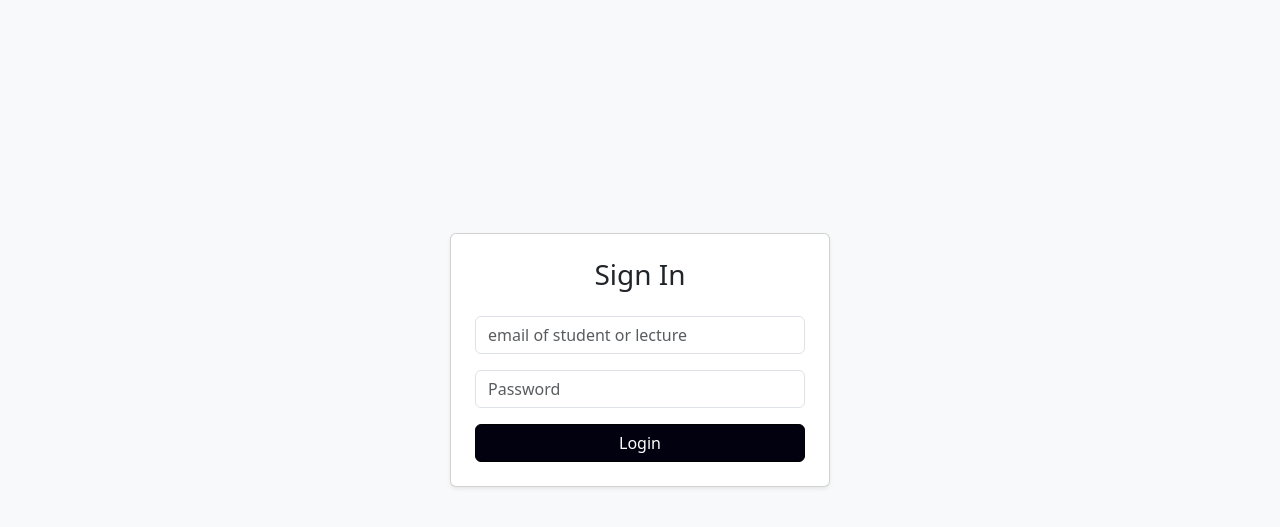
Repository: duyndhe195099/fer202_lab5_6_he195099
Page: /
The author's editor kept a copy of each file at every save. The page is drawn from the files as they stood at one save, then again after the next save.
The browser window is 1280 px wide. The pictures show the whole page.
The project was rebuilt for these pictures with package versions that can differ from the ones it lists, and the page was loaded fresh each time. Also part of the build but not shown: src/components/ProtectedRoute.js, src/pages/Subjects.js, src/components/QuestionModal.js, src/pages/Questions.js.

Above is the page before, as saved 2026-11-06 11:05:15.

### public/index.html
<!DOCTYPE html>
<html lang="en">

<head>
  <meta charset="utf-8" />
  <link rel="icon" href="%PUBLIC_URL%/favicon.ico" />
  <meta name="viewport" content="width=device-width, initial-scale=1" />
  <meta name="theme-color" content="#000000" />
  <meta name="description" content="Web site created using create-react-app" />
  <link rel="apple-touch-icon" href="%PUBLIC_URL%/logo192.png" />
  <link rel="manifest" href="%PUBLIC_URL%/manifest.json" />
  <title>Practical Exam</title>
</head>

<body>
  <noscript>You need to enable JavaScript to run this app.</noscript>
  <div id="root"></div>
</body>

</html>

### src/index.js
import React from 'react';
import ReactDOM from 'react-dom/client';
import { BrowserRouter } from 'react-router-dom';
import 'bootstrap/dist/css/bootstrap.min.css';
import App from './App';

const root = ReactDOM.createRoot(document.getElementById('root'));
root.render(
  <React.StrictMode>
    {/* BrowserRouter bọc ngoài App để mọi component dùng được Routes, Link, useNavigate... */}
    <BrowserRouter future={{ v7_startTransition: true, v7_relativeSplatPath: true }}>
      <App />
    </BrowserRouter>
  </React.StrictMode>
);

### src/App.js
import { Navigate, Route, Routes, useParams } from 'react-router-dom';
import ProtectedRoute from './components/ProtectedRoute';
import Login from './pages/Login';
import Subjects from './pages/Subjects';
import Questions from './pages/Questions';

// Ảnh minh họa trong đề dùng URL /question/CSD201 (không có chữ s),
// còn phần mô tả dùng /questions/:id -> hỗ trợ cả hai, đều chuyển về /questions/:id.
function QuestionAlias() {
  const { id } = useParams();
  return <Navigate to={`/questions/${id}`} replace />;
}

function App() {
  return (
    <Routes>
      {/* Đề: đường dẫn gốc (/) tự chuyển về /login */}
      <Route path="/" element={<Navigate to="/login" replace />} />
      <Route path="/login" element={<Login />} />

      {/* Các trang bên dưới phải đăng nhập mới vào được */}
      <Route element={<ProtectedRoute />}>
        <Route path="/subjects" element={<Subjects />} />
        <Route path="/questions/:id" element={<Questions />} />
        <Route path="/question/:id" element={<QuestionAlias />} />
      </Route>

      {/* Đề: mọi đường dẫn không hợp lệ (*) tự chuyển về /login */}
      <Route path="*" element={<Navigate to="/login" replace />} />
    </Routes>
  );
}

export default App;

### src/pages/Login.js
import { useState } from 'react';
import { Button, Card, Form } from 'react-bootstrap';
import { useNavigate } from 'react-router-dom';
import api, { getErrorMessage } from '../api';
import { saveSession } from '../auth';

export default function Login() {
  const navigate = useNavigate();
  const [email, setEmail] = useState('');
  const [password, setPassword] = useState('');
  const [error, setError] = useState('');
  const [loading, setLoading] = useState(false);

  const handleSubmit = async (e) => {
    e.preventDefault(); //
    setError('');

    if (!email.trim() || !password) {
      setError('Vui lòng nhập email và mật khẩu');
      return;
    }

    setLoading(true);
    try {

      const { data } = await api.get('/accounts', { params: { email: email.trim() } });
      const account = data.find((a) => a.password === password);

      if (!account) {
        setError('Email hoặc mật khẩu không đúng');
        return;
      }


      if (String(account.status).toLowerCase() === 'inactive') {
        setError('Tài khoản đã bị khóa');
        return;
      }


      saveSession({
        id: account.id,
        email: account.email,
        role: account.role,
        status: account.status,
      });
      navigate('/subjects', { replace: true });
    } catch (err) {
      setError(getErrorMessage(err));
    } finally {
      setLoading(false);
    }
  };

  return (
    <div className="d-flex justify-content-center align-items-center vh-100 bg-light">
      <Card style={{ width: 380 }} className="shadow-sm">
        <Card.Body className="p-4">
          <h3 className="text-center mb-4">Sign In</h3>

          <Form onSubmit={handleSubmit}>
            <Form.Group className="mb-3" controlId="email">
              <Form.Control
                type="text"
                placeholder="email of student or lecture"
                value={email}
                onChange={(e) => setEmail(e.target.value)}
                autoComplete="username"
              />
            </Form.Group>

            <Form.Group className="mb-3" controlId="password">

              <Form.Control
                type="password"
                placeholder="Password"
                value={password}
                onChange={(e) => setPassword(e.target.value)}
                autoComplete="current-password"
              />
            </Form.Group>


            {error && <p className="text-danger mb-3">{error}</p>}


              <Button type="submit" style={{ backgroundColor: '#02010f', borderColor: '#000000' }} className="w-100">
  Login
</Button>

          </Form>
        </Card.Body>
      </Card>
    </div>
  );
}

### src/auth.js
// Quản lý phiên đăng nhập bằng localStorage (đề: "save the user session data into localStorage")
const KEY = 'user';

// Lấy thông tin người dùng đang đăng nhập; chưa đăng nhập thì trả về null
export function getSession() {
  try {
    return JSON.parse(localStorage.getItem(KEY));
  } catch {
    return null;
  }
}

export function saveSession(user) {
  localStorage.setItem(KEY, JSON.stringify(user));
}

export function clearSession() {
  localStorage.removeItem(KEY);
}

### src/api.js
import axios from 'axios';

// Mock API chạy bằng: json-server --watch database.json --port 9000
export const API_URL = 'http://localhost:9000';

// Tạo 1 axios instance dùng chung: các nơi khác chỉ cần api.get('/subjects')...
const api = axios.create({ baseURL: API_URL });

// Đổi lỗi của axios thành câu thông báo dễ hiểu để hiển thị cho người dùng
export function getErrorMessage(error) {
  if (error.response) {
    return `Lỗi từ máy chủ (${error.response.status}).`;
  }
  if (error.request) {
    return `Không kết nối được API (${API_URL}). Hãy chạy: npm run server`;
  }
  return error.message;
}

export default api;

After the next save:
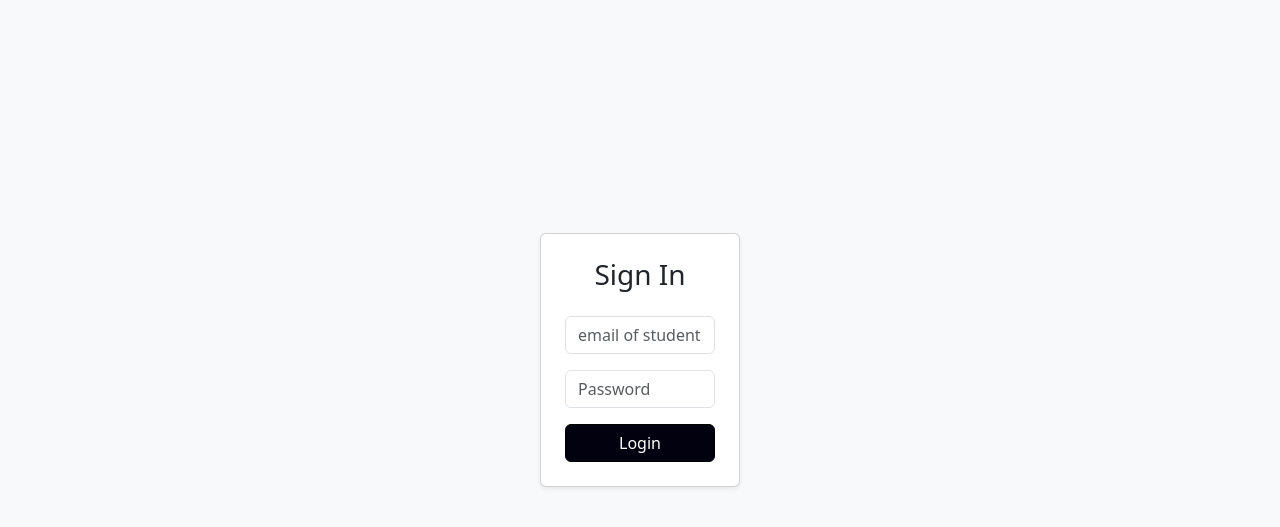
Saved 30 s later.
--- a/src/pages/Login.js
+++ b/src/pages/Login.js
@@ -54,7 +54,7 @@ export default function Login() {
 
   return (
     <div className="d-flex justify-content-center align-items-center vh-100 bg-light">
-      <Card style={{ width: 380 }} className="shadow-sm">
+      <Card style={{ width: 200 }} className="shadow-sm">
         <Card.Body className="p-4">
           <h3 className="text-center mb-4">Sign In</h3>
 
